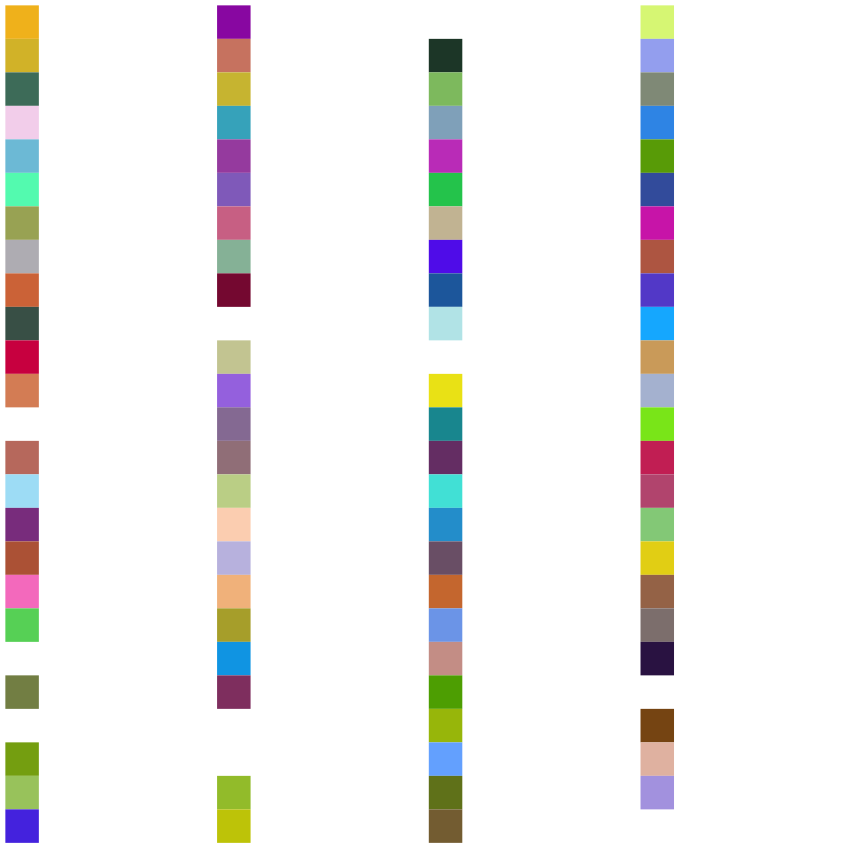
Repository: Modelc/ColorCodes
Page: index.html
The author's editor kept a copy of each file at every save. The page is drawn from the files as they stood at one save, then again after the next save.
The browser window is 1280 px wide. The pictures show the whole page, at 67% of full size.

Above is the page before, as saved 2022-12-06 10:00:05.

After the next save:
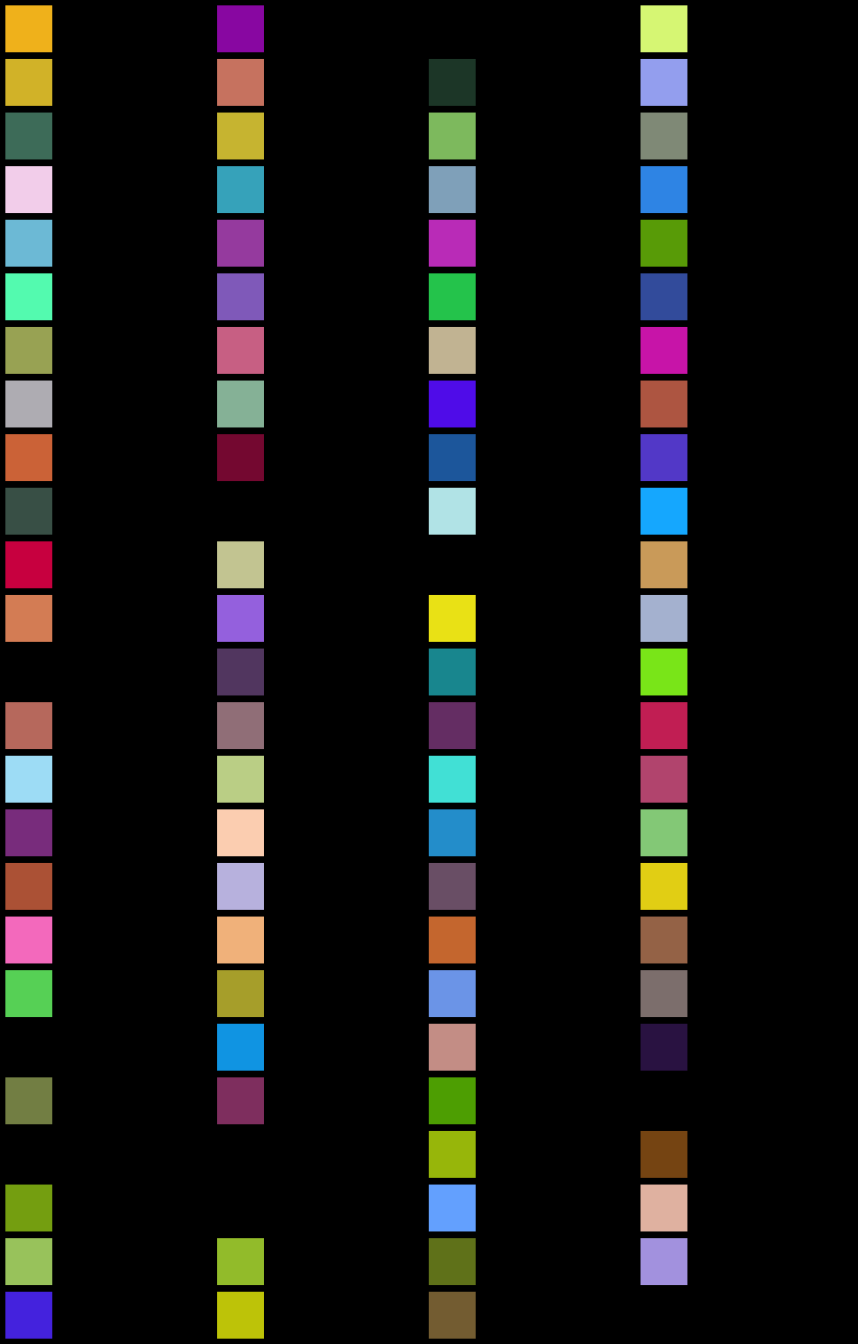
Saved 2 min 51 s later.
--- a/index.html
+++ b/index.html
@@ -3,15 +3,20 @@
   <head>
     <title>Color Generator</title>
     <style>
+      body {
+        background-color: black;
+      }
+
       #color-container {
         display: grid;
         grid-template-columns: repeat(4, 1fr);
+        grid-row-gap: 10px;
       }
 
       .color-box {
         cursor: pointer;
-        width: 50px;
-        height: 50px;
+        width: 70px;
+        height: 70px;
       }
 
       .color-box:hover {
@@ -35,8 +40,7 @@
 
       for (let i = 0; i < 100; i++) {
         // Generate a random color code in the hexadecimal format
-        const colorCode =
-          "#" + Math.floor(Math.random() * 16777215).toString(16);
+        const colorCode = "#" + Math.floor(Math.random() * 16777215).toString(16);
 
         // Create a new "color-box" div element and set its background color to the generated color code
         const colorBox = document.createElement("div");
@@ -48,5 +52,4 @@
         colorContainer.appendChild(colorBox);
       }
     </script>
-  </body>
-</html>
+  </body
